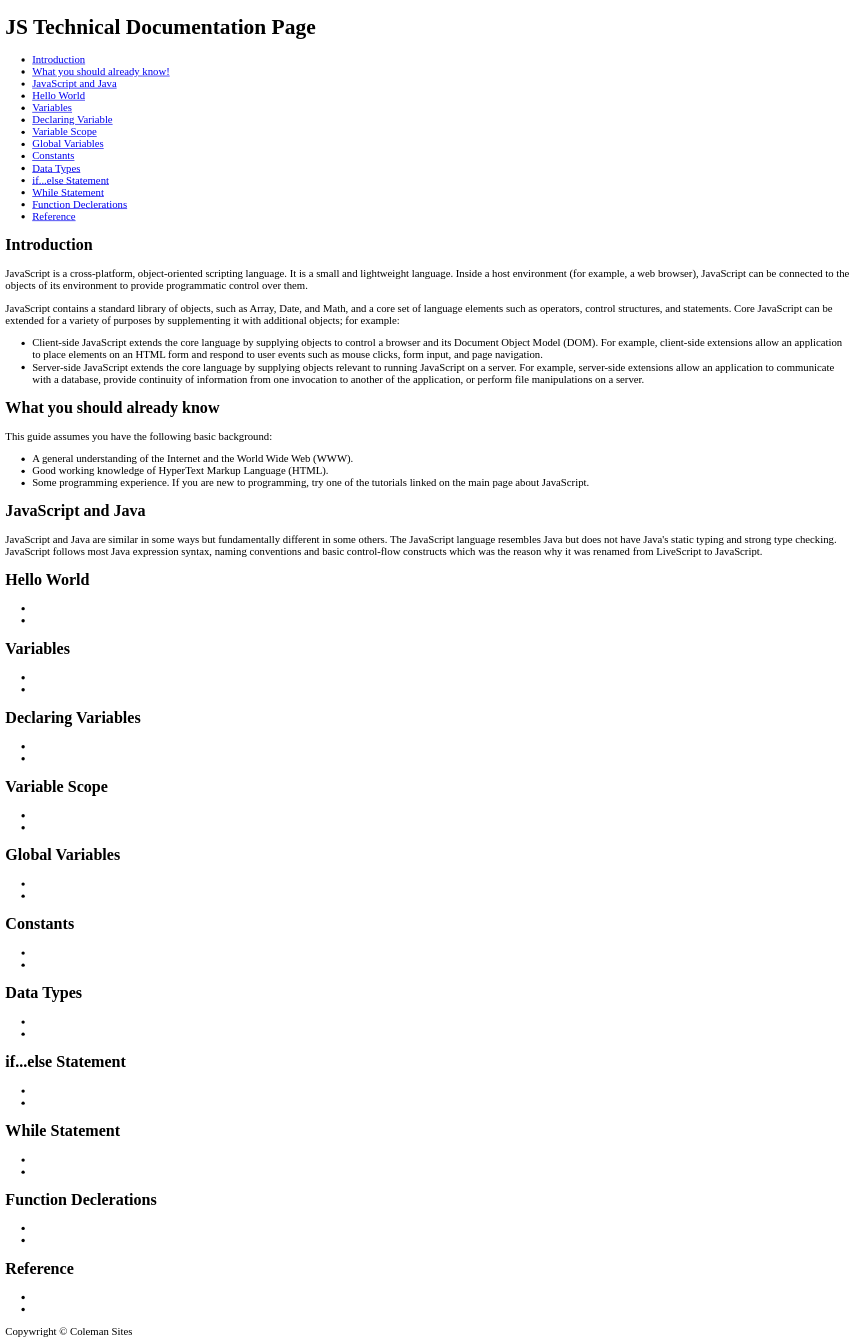
Repository: ctcoleman/technicalDocumentationPage
Page: index.html
These files come from the project's save history. The page is drawn as it stood at one moment and after a run of saves; the edit follows.
The browser window is 1280 px wide. The pictures show the whole page, at 67% of full size.

Above is the page before, as saved 2020-07-09 21:58:53.

### index.html
<!DOCTYPE html>
<html lang="en">

<head>
  <meta charset="UTF-8">
  <meta name="viewport" content="width=device-width, initial-scale=1.0">
  <title>FCC: Technical Documentation Page</title>
</head>

<body>


  <header>
    <h1 id="main-heading">JS Technical Documentation Page</h1>
    <nav id="navbar">
      <ul>
        <li>
          <a href="#introduction">Introduction</a>
        <li>
          <a href="#whatYouShouldKnowAlready">What you should already know!</a>
        <li>
          <a href="#javascriptAndJava">JavaScript and Java</a>
        <li>
          <a href="#helloWorld">Hello World</a>
        <li>
          <a href="#variables">Variables</a>
        </li>
        <li>
          <a href="#declaringVariable">Declaring Variable</a>
        </li>
        <li>
          <a href="#variableScopes">Variable Scope</a>
        </li>
        <li>
          <a href="#globalVariables">Global Variables</a>
        </li>
        <li>
          <a href="#constants">Constants</a>
        </li>
        <li>
          <a href="#dataTypes">Data Types</a>
        </li>
        <li>
          <a href="#ifElseStatements">if...else Statement</a>
        </li>
        <li>
          <a href="#whileStatements">While Statement</a>
        </li>
        <li>
          <a href="#functionDeclerations">Function Declerations</a>
        </li>
        <li>
          <a href="#reference">Reference</a>
        </li>
      </ul>
    </nav>
  </header>

  <main id="main-doc">


    <section class="main-section" id="Introduction">
      <h2 class="topic-header">Introduction</h2>
      <article>
        <p>
          JavaScript is a cross-platform, object-oriented scripting language. It is a small and lightweight language.
          Inside a
          host environment (for example, a web browser), JavaScript can be connected to the objects of its environment
          to provide
          programmatic control over them.
        </p>
        <p>
          JavaScript contains a standard library of objects, such as Array, Date, and Math, and a core set of language
          elements
          such as operators, control structures, and statements. Core JavaScript can be extended for a variety of
          purposes by
          supplementing it with additional objects; for example:
        <ul>
          <li>Client-side JavaScript extends the core language by supplying objects to control a browser and its
            Document Object Model
            (DOM). For example, client-side extensions allow an application to place elements on an HTML form and
            respond to user
            events such as mouse clicks, form input, and page navigation.</li>
          <li>Server-side JavaScript extends the core language by supplying objects relevant to running JavaScript on a
            server. For
            example, server-side extensions allow an application to communicate with a database, provide continuity of
            information
            from one invocation to another of the application, or perform file manipulations on a server.</li>
        </ul>
        </p>
      </article>
    </section>

    <section class="main-section" id="whatYouShouldAlreadyKnow">
      <h2 class="topic-header">What you should already know</h2>
      <article>
        <p>
          This guide assumes you have the following basic background:
        <ul>
          <li>A general understanding of the Internet and the World Wide Web (WWW).
          </li>
          <li>Good working knowledge of HyperText Markup Language (HTML).
          </li>
          <li>Some programming experience. If you are new to programming, try one of the tutorials linked on the main
            page about
            JavaScript.
          </li>
        </ul>
        </p>
      </article>
    </section>

    <section class="main-section" id="javaScriptAndJava">
      <h2 class="topic-header">JavaScript and Java</h2>
      <article>
        <p>
          JavaScript and Java are similar in some ways but fundamentally different in some others. The JavaScript language
          resembles Java but does not have Java's static typing and strong type checking. JavaScript follows most Java expression
          syntax, naming conventions and basic control-flow constructs which was the reason why it was renamed from LiveScript to
          JavaScript.
        </p>
        <p>

        </p>
      </article>
    </section>

    <section class="main-section" id="helloWorld">
      <h2 class="topic-header">Hello World</h2>
      <article>
        <p>
        <ul>
          <li></li>
          <li></li>
        </ul>
        </p>
        <p>

        </p>
      </article>
    </section>

    <section class="main-section" id="variables">
      <h2 class="topic-header">Variables</h2>
      <article>
        <p>
        <ul>
          <li></li>
          <li></li>
        </ul>
        </p>
        <p>

        </p>
      </article>
    </section>

    <section class="main-section" id="declaringVariables">
      <h2 class="topic-header">Declaring Variables</h2>
      <article>
        <p>
        <ul>
          <li></li>
          <li></li>
        </ul>
        </p>
        <p>

        </p>
      </article>
    </section>

    <section class="main-section" id="variableScope">
      <h2 class="topic-header">Variable Scope</h2>
      <article>
        <p>
        <ul>
          <li></li>
          <li></li>
        </ul>
        </p>
        <p>

        </p>
      </article>
    </section>

    <section class="main-section" id="globalVariables">
      <h2 class="topic-header">Global Variables</h2>
      <article>
        <p>
        <ul>
          <li></li>
          <li></li>
        </ul>
        </p>
        <p>

        </p>
      </article>
    </section>

    <section class="main-section" id="constants">
      <h2 class="topic-header">Constants</h2>
      <article>
        <p>
        <ul>
          <li></li>
          <li></li>
        </ul>
        </p>
        <p>

        </p>
      </article>
    </section>

    <section class="main-section" id="dataTypes">
      <h2 class="topic-header">Data Types</h2>
      <article>
        <p>
        <ul>
          <li></li>
          <li></li>
        </ul>
        </p>
        <p>

        </p>
      </article>
    </section>

    <section class="main-section" id="ifElseStatements">
      <h2 class="topic-header">if...else Statement</h2>
      <article>
        <p>
        <ul>
          <li></li>
          <li></li>
        </ul>
        </p>
        <p>

        </p>
      </article>
    </section>

    <section class="main-section" id="whileStatements">
      <h2 class="topic-header">While Statement</h2>
      <article>
        <p>
        <ul>
          <li></li>
          <li></li>
        </ul>
        </p>
        <p>

        </p>
      </article>
    </section>

    <section class="main-section" id="functionDeclerations">
      <h2 class="topic-header">Function Declerations</h2>
      <article>
        <p>
        <ul>
          <li></li>
          <li></li>
        </ul>
        </p>
        <p>

        </p>
      </article>
    </section>

    <section class="main-section" id="reference">
      <h2 class="topic-header">Reference</h2>
      <article>
        <p>
        <ul>
          <li></li>
          <li></li>
        </ul>
        </p>
        <p>

        </p>
      </article>
    </section>

    <footer id="footer-wrapper">
      <span>Copywright &copy; Coleman Sites</span>
    </footer>
  </main>
</body>

</html>

After the next 2 saves:
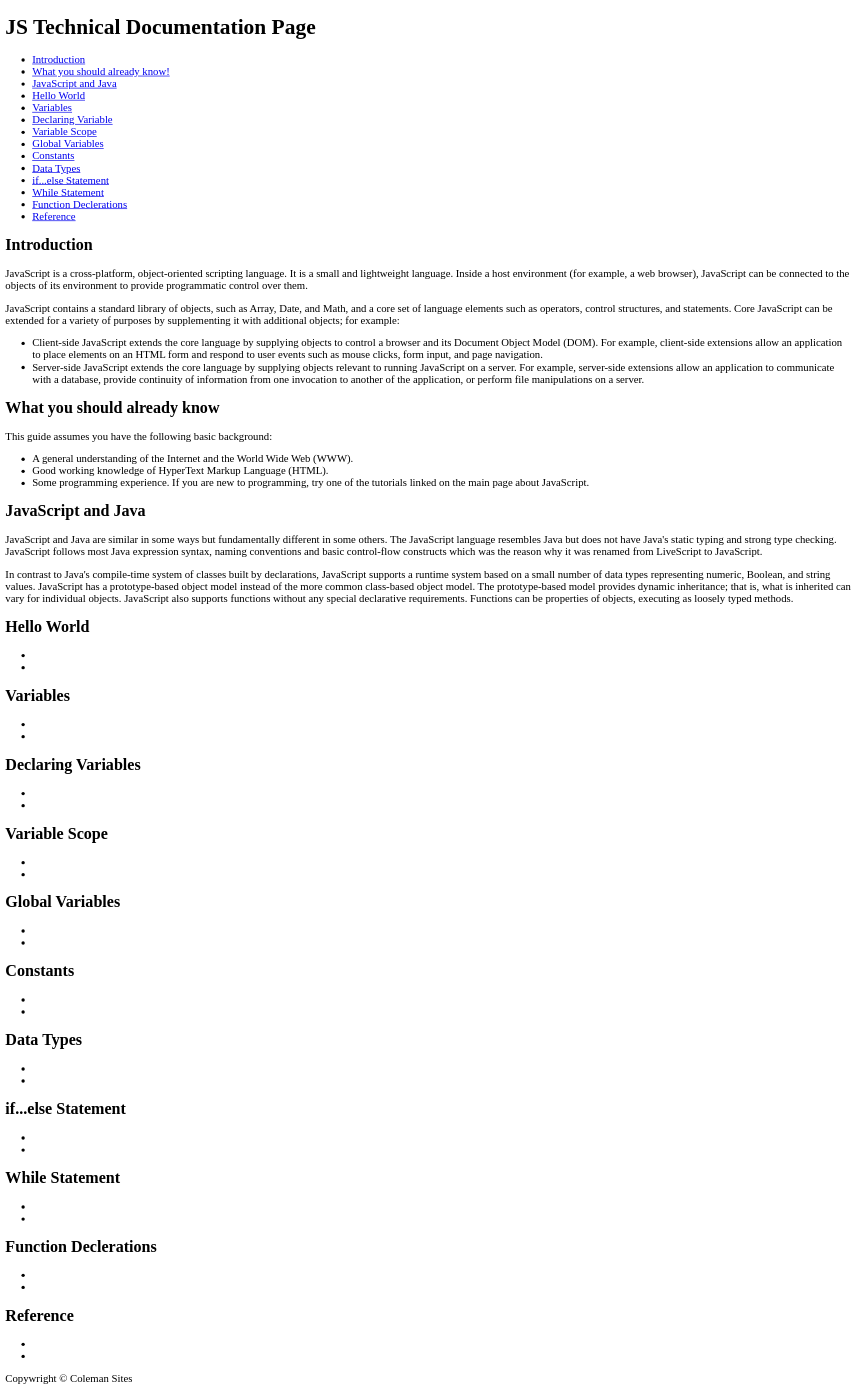
The 2 saves are shown as one change because they came seconds apart.
The last was saved 9 s later.
--- a/index.html
+++ b/index.html
@@ -114,13 +114,23 @@
       <h2 class="topic-header">JavaScript and Java</h2>
       <article>
         <p>
-          JavaScript and Java are similar in some ways but fundamentally different in some others. The JavaScript language
-          resembles Java but does not have Java's static typing and strong type checking. JavaScript follows most Java expression
-          syntax, naming conventions and basic control-flow constructs which was the reason why it was renamed from LiveScript to
+          JavaScript and Java are similar in some ways but fundamentally different in some others. The JavaScript
+          language
+          resembles Java but does not have Java's static typing and strong type checking. JavaScript follows most Java
+          expression
+          syntax, naming conventions and basic control-flow constructs which was the reason why it was renamed from
+          LiveScript to
           JavaScript.
         </p>
         <p>
-
+          In contrast to Java's compile-time system of classes built by declarations, JavaScript supports a runtime
+          system based
+          on a small number of data types representing numeric, Boolean, and string values. JavaScript has a
+          prototype-based
+          object model instead of the more common class-based object model. The prototype-based model provides dynamic
+          inheritance; that is, what is inherited can vary for individual objects. JavaScript also supports functions
+          without any
+          special declarative requirements. Functions can be properties of objects, executing as loosely typed methods.
         </p>
       </article>
     </section>
